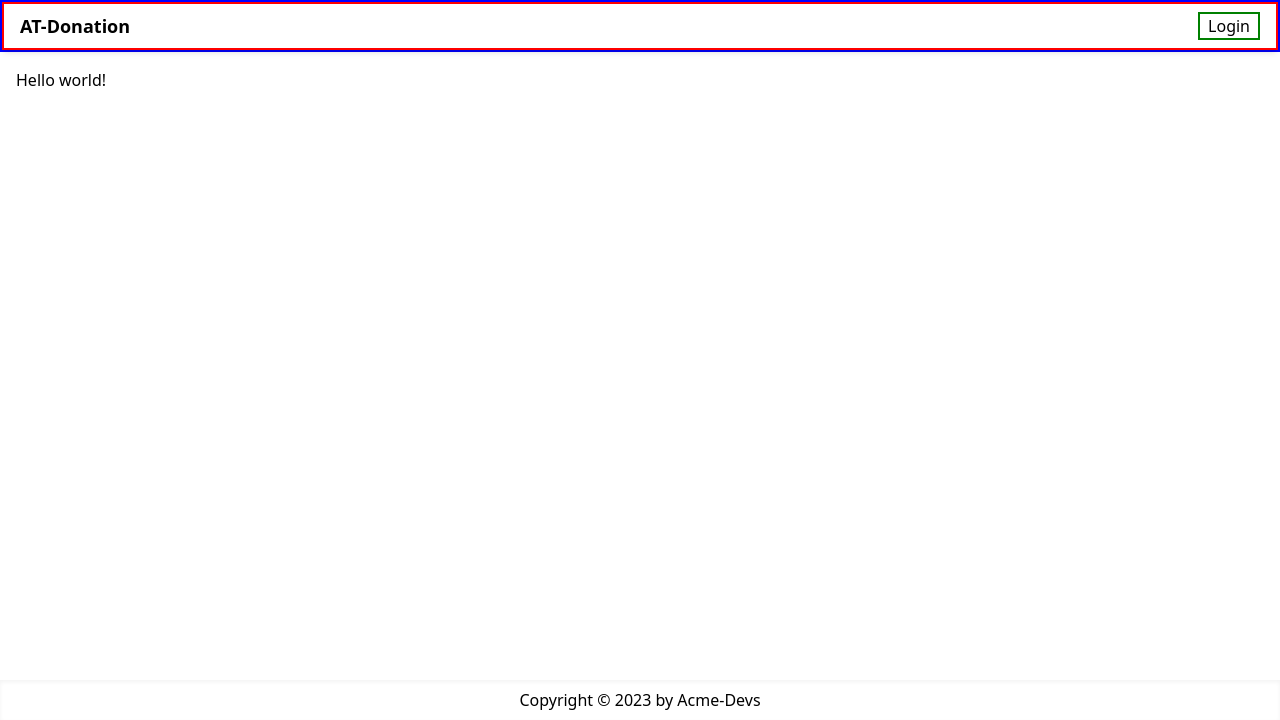
Repository: safuh/at-donation
Page: /
These files come from the project's save history. The page is drawn as it stood at one moment and after a run of saves; the edit follows.
The browser window is 1280 px wide. The pictures show the whole page.
The project was rebuilt for these pictures with package versions that can differ from the ones it lists, and the page was loaded fresh each time. The framework's server and built-in components were replaced by stand-ins that run in the browser. Also part of the build but not shown: next.config.js.

Above is the page before, as saved 2023-02-02 16:50:42.

### pages/index.js
import { Inter } from '@next/font/google'
import Layout from '@/components/Layout'

const inter = Inter({ subsets: ['latin'] })

export default function Home() {
  return (
    <Layout>
      Hello world!
    </Layout>
  )
}

### components/Layout.js
import Head from 'next/head';
import Link from 'next/link';
import React from 'react';

export default function Layout({ title, children }) {
  return (
    <>
      <Head>
        <title>{title ? title + ' - AT-Donation' : 'AT-Donation'}</title>
        <meta name="description" content="AT-Donation Website" />
        <link rel="icon" href="/favicon.ico" />
      </Head>

      <div className="flex min-h-screen flex-col justify-between">
        <header style={{ border: '2px solid blue' }}>
          <nav
            style={{ border: '2px solid red' }}
            className="flex h-12 items-center px-4 justify-between shadow-md"
          >
            <Link href="/" legacyBehavior>
              <a className="text-lg font-bold">AT-Donation</a>
            </Link>
            <div style={{ border: '2px solid green' }}>
              <Link href="/login" legacyBehavior>
                <a className="p-2">Login</a>
              </Link>
            </div>
          </nav>
        </header>
        <main className="container m-auto mt-4 px-4">{children}</main>
        <footer className="flex h-10 justify-center items-center shadow-inner ">
          <p>Copyright © 2023 by Acme-Devs</p>
        </footer>
      </div>
    </>
  );
}

Loaded but not shown: pages/_app.js (common file); pages/_document.js (common file); styles/globals.css (common file); tailwind.config.js (common file)

After the next 2 saves:
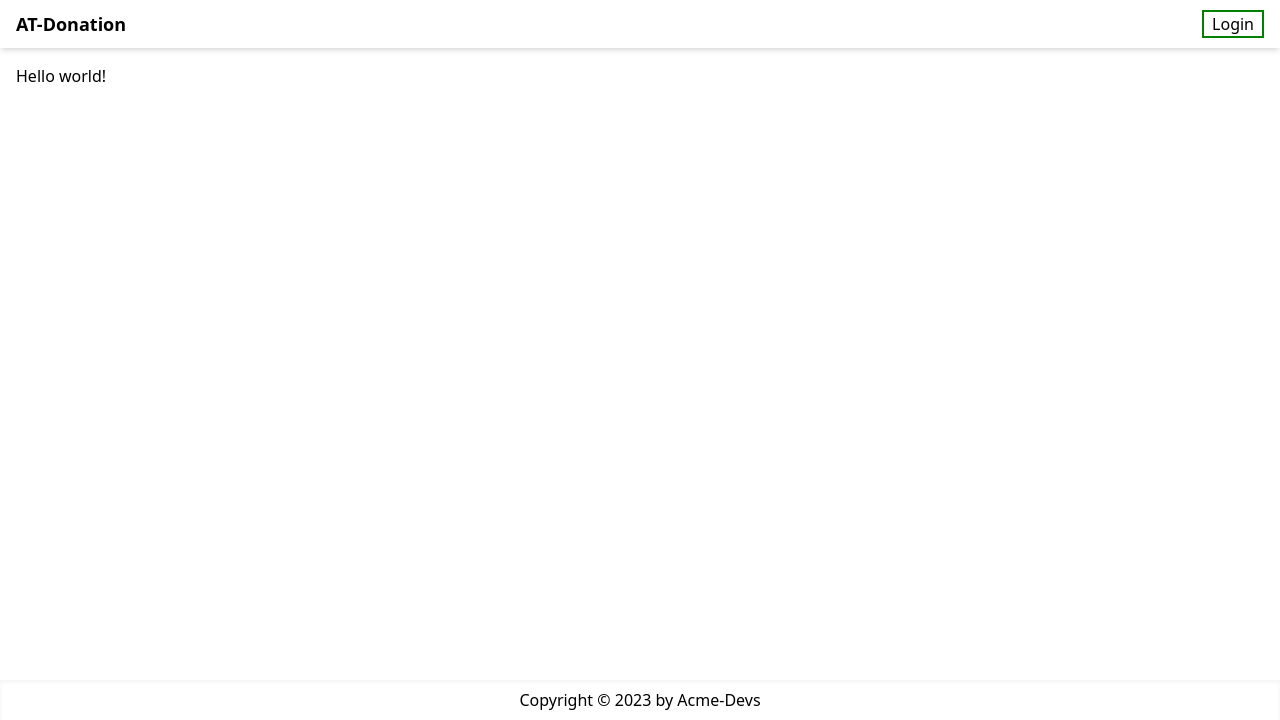
The 2 saves are shown as one change because they came seconds apart.
The last was saved 23 s later.
--- a/components/Layout.js
+++ b/components/Layout.js
@@ -12,9 +12,8 @@ export default function Layout({ title, children }) {
       </Head>
 
       <div className="flex min-h-screen flex-col justify-between">
-        <header style={{ border: '2px solid blue' }}>
+        <header >
           <nav
-            style={{ border: '2px solid red' }}
             className="flex h-12 items-center px-4 justify-between shadow-md"
           >
             <Link href="/" legacyBehavior>
